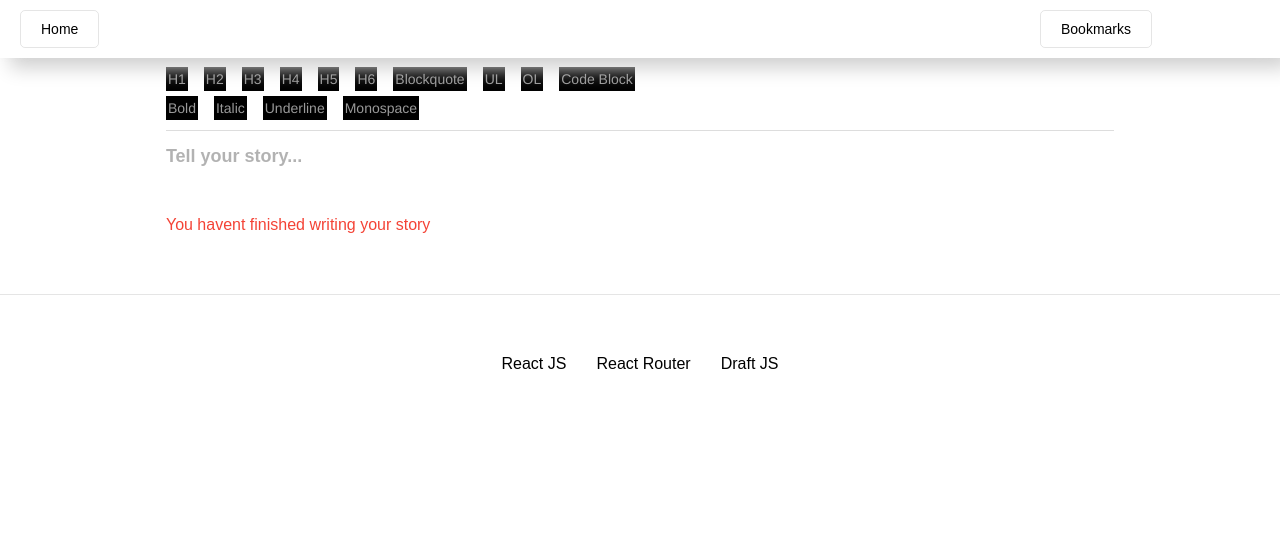
Repository: DevLaukey/task
Page: /react-mini-blog/new
These files come from the project's save history. The page is drawn as it stood at one moment and after the next save; the edit follows.
The browser window is 1280 px wide. The pictures show the whole page.
The project was rebuilt for these pictures with package versions that can differ from the ones it lists, and the page was loaded fresh each time. Also part of the build but not shown: src/data.js, src/helper.js, src/Components/content/content.css, src/Components/content/Bookmarks.js, src/Components/content/Post.js, src/Components/content/Posts.js, src/Components/content/Content.js, src/Components/content/Bookmark.js and 1 more.

Above is the page before, as saved 2022-06-13 13:58:02.

After the next save:
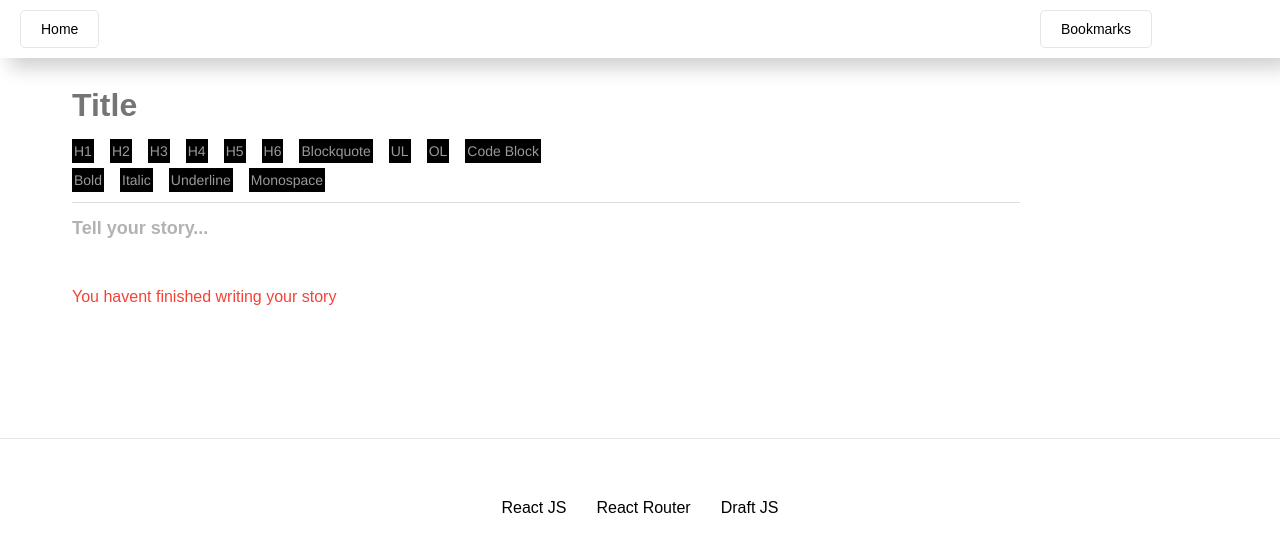
Saved 21 s later.
--- a/src/Components/posts/posts.css
+++ b/src/Components/posts/posts.css
@@ -122,7 +122,7 @@
 
 .richtext-editor {
   width: calc(100% / 1.35);
-  margin: 0 auto;
+  margin:10vh;
 }
 
 .RichEditor-styleButton {
